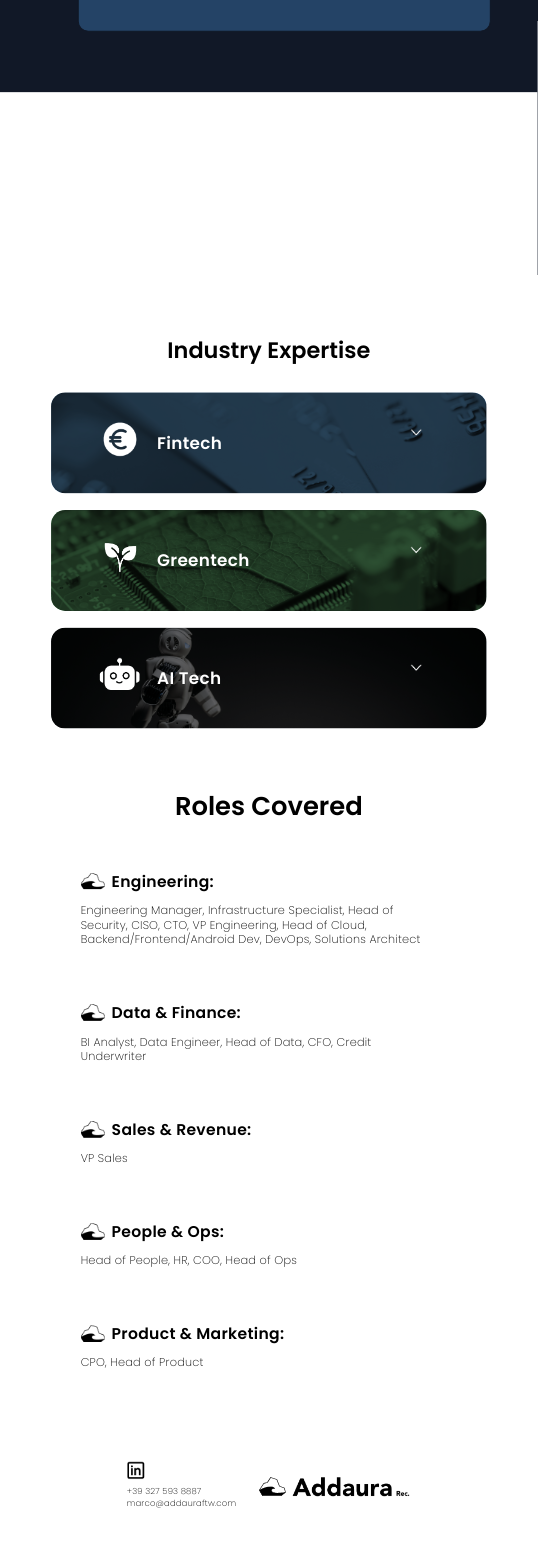
Repository: UnatPannu/Addaura-Trial
Page: public/services.html
The author's editor kept a copy of each file at every save. The page is drawn from the files as they stood at one save, then again after a run of saves.
The browser window is 768 px wide. The pictures show the part of the page from y = 2874 to 5114 px (the page is 5114 px tall before and 4954 px after), at 70% of full size.
Backgrounds fixed to the window are drawn as part of the page.

Above is the page before, as saved 2025-09-22 19:23:31.

After the next 2 saves:
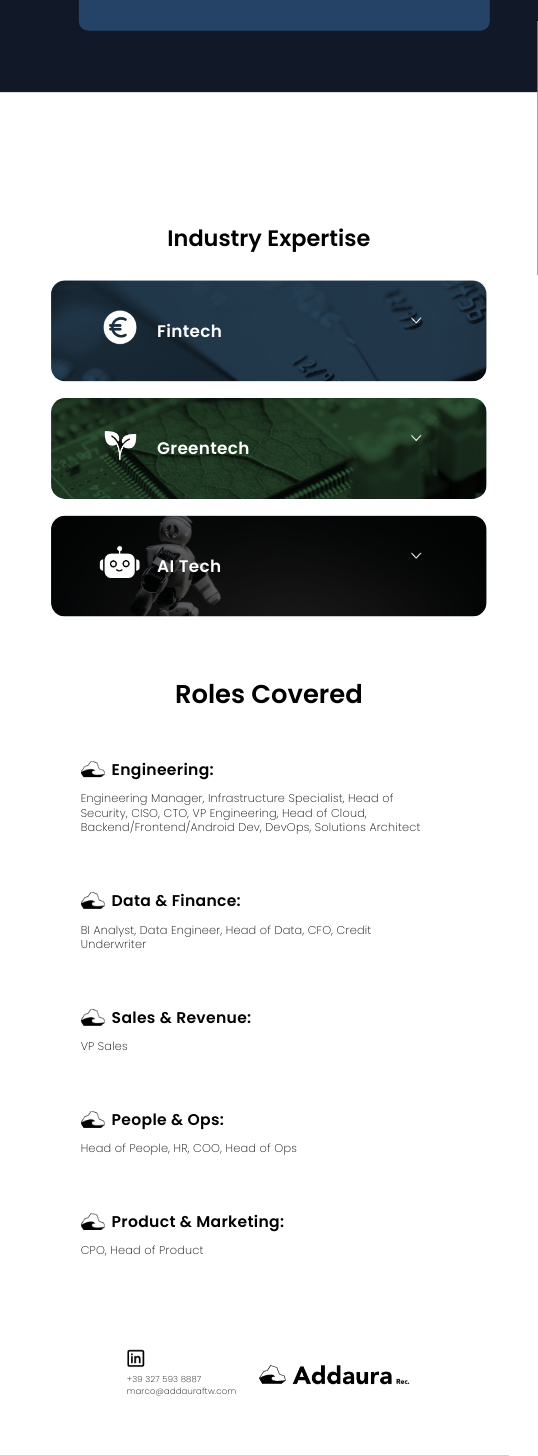
The 2 saves are shown as one change because they came seconds apart.
The last was saved 7 s later.
--- a/public/styles/services.css
+++ b/public/styles/services.css
@@ -449,16 +449,10 @@
   font-size: clamp(20px, 2.3vw, 32px);
 }
 .industry-expertise{
-  width: 95%;               /* or 80% or your preferred max width */
-  max-width: 100vw;       /* optional max width for large screens */
-  margin: 0 auto;           /* centers the section horizontally */
-  display: flex;
-  flex-direction: column;   /* stack children vertically if needed */
-  align-items: center;      /* center children horizontally */
-  justify-content: center;  /* center children vertically if height set */
-  position: relative;
-  overflow: hidden;
-  height: auto;             /* adjust if 100vh is too tall */
+  width:100vw;
+  margin-left:0;
+  height:auto;
+  margin-top:-20vh;
 }
 .industry-expertise > .section-content,
 .industry-expertise > .images-section {
@@ -467,7 +461,7 @@
   margin: 0 auto;
 }
 .industry-expertise .section-content{
-  width:100%;
+  width:100vw;
   align-items:center;
   justify-content: center;
 }
